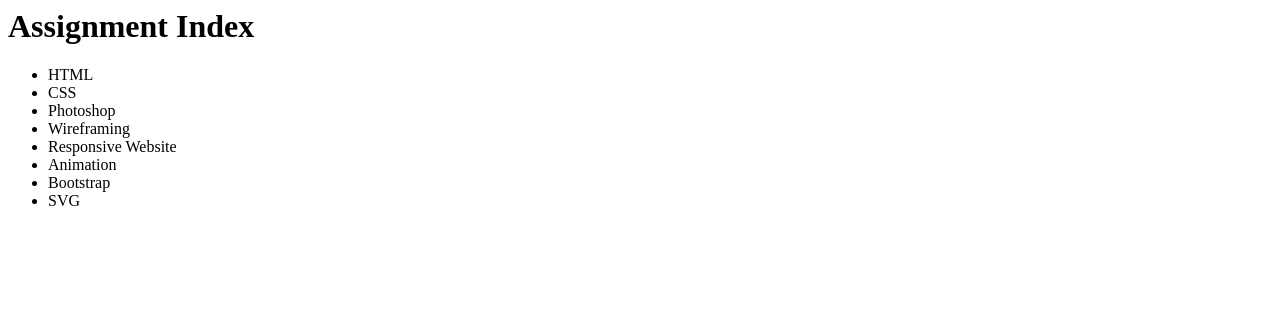
Repository: kovacsf2/imm130v2
Page: index.html
The author's editor kept a record of every edit. The page is drawn from the files as they stood at one moment, then again after the next edit.
The browser window is 1280 px wide. The pictures show the whole page.

Above is the page before.

After the next edit:
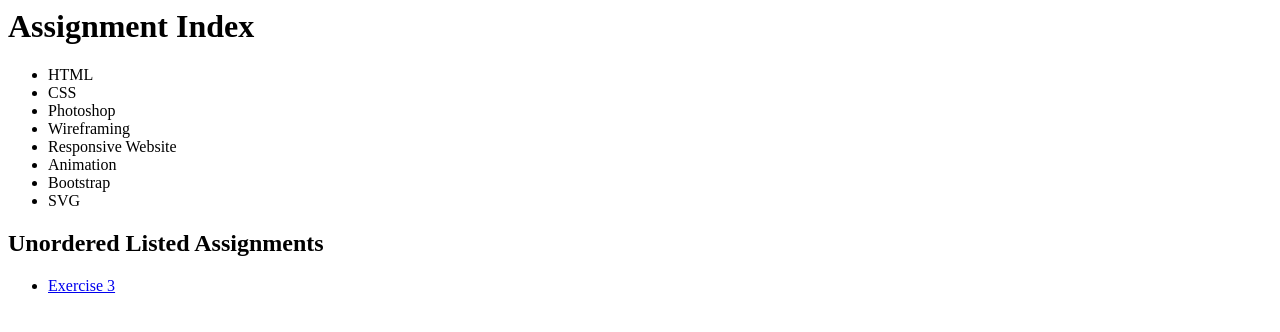
The edit:
--- a/index.html
+++ b/index.html
@@ -15,5 +15,9 @@
             <li>Bootstrap</li>
             <li>SVG</li>
         </ul>
+        <h2>Unordered Listed Assignments</h2>
+        <ul>
+            <li><a href="personal/index.html">Exercise 3</a></li>
+        </ul>
     </body>
 </html>
